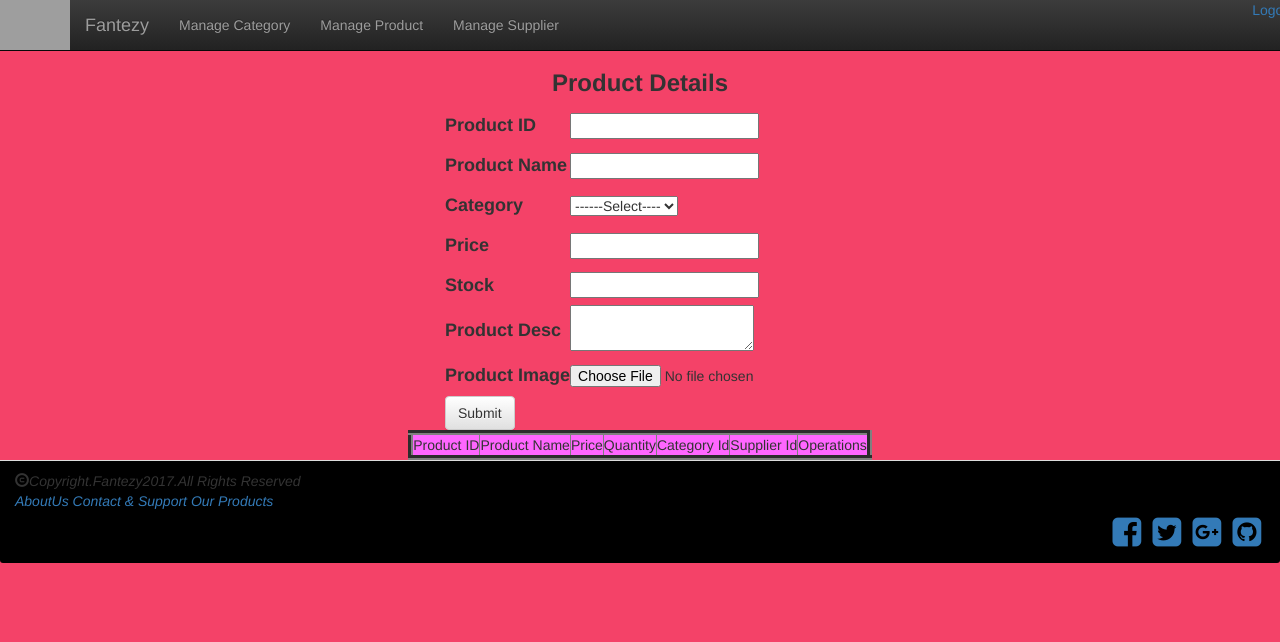
Repository: Safna93/eCommerce-project
Page: http://localhost/FantezyFrontendProject/WEB-INF/views/Product.jsp
The author's editor kept a copy of each file at every save. The page is drawn from the files as they stood at one save, then again after the next save.
The browser window is 1280 px wide. The pictures show the whole page.
Pictures or frames that could not be fetched are drawn as grey boxes. Some web libraries are served in a nearby version. The page is served by Tomcat 9. Nobody is signed in. Other server files are loaded and not shown. The template is opened directly, without the code that normally fills it, so the values that code supplies are empty.

Above is the page before, as saved 2017-07-12 16:28:58.

### Fantezy Project 1/Fantezy/FantezyFrontendProject/src/main/webapp/WEB-INF/views/Product.jsp
<%@ page language="java" contentType="text/html"%>
<%@ taglib uri="http://java.sun.com/jsp/jstl/core" prefix="c"%>
<%@taglib prefix="form" uri="http://www.springframework.org/tags/form"%>

<%@include file="AdminHeader.jsp"%>

<form:form method="POST" action="InsertProduct" modelAttribute="product" enctype="Multipart/form-data">
<table align="center">
			<tr>
				<td colspan="2"><center><h3><b>Product Details</b></h3></center></td>
			</tr>
			<tr>
				<td><h4><b>Product ID</b></h4></td>
				<td><form:input path="prodid" /></td>
			</tr>
			<tr>
				<td><h4><b>Product Name</b></h4></td>
				<td><form:input path="prodname" /></td>
			</tr>

			<tr>
				<td><h4><b>Category</b></h4></td>
				<td><form:select path="catid">
						<form:option value="0" label="------Select----" />
						<form:options items="${catlist}" />
					</form:select>
				</td>
			</tr>


			<tr>
				<td><h4><b>Price</b></h4></td>
				<td><form:input path="price" /></td>
			</tr>
			<tr>
				<td><h4><b>Stock</b></h4></td>
				<td><form:input path="quantity" /></td>
			</tr>
			<tr>
				<td><h4><b>Product Desc</b></h4></td>
				<td><form:textarea path="proddesc" /></td>
			</tr>
			<tr>
				<td><h4><b>Product Image</b></h4></td>
				<td><form:input type="file" path="pimage" /></td>
			</tr>

			<tr>
			<td colspan="2"><input type="submit" class="btn btn-default"/></td>

			</tr>
</table>
</form:form>

<!-- Displaying the Product data using Table -->
<table cellspacing="2" align="center" border="5">

	<tr bgcolor="#ff66ff">
		<td>Product ID</td>
		<td>Product Name</td>
		<td>Price</td>
		<td>Quantity</td>
		<td>Category Id</td>
		<td>Supplier Id</td>
		<td>Operations</td>
	</tr>
	<c:forEach items="${prodlist}" var="product">
		<tr bgcolor="#00ff99">
			<td>${product.prodid}</td>
			<td>${product.prodname}</td>
			<td>${product.price}</td>
			<td>${product.quantity}</td>
			<td>${product.catid}</td>
			<td>${product.suppid}</td>
			<td><a href="<c:url value="deleteProduct/${product.prodid}"/>">Delete</a>
				<a href="<c:url value="updateProduct/${product.prodid}"/>">Update</a>
			</td>
		</tr>
	</c:forEach>
</table>
<!-- Completed Displaying Table -->
<%@include file="Footer.jsp" %>
</body>
</html>

### Fantezy Project 1/Fantezy/FantezyFrontendProject/src/main/webapp/WEB-INF/views/AdminHeader.jsp
<!DOCTYPE html>
<html lang="en">
<head>
<title>Fatntezy-The Girlz Corner</title>
<meta charset="utf-8">
<meta name="viewport" content="width=device-width, initial-scale=1">
<%@ taglib uri="http://java.sun.com/jsp/jstl/core" prefix="c"%>
<link rel="stylesheet"
	href="https://maxcdn.bootstrapcdn.com/bootstrap/3.3.7/css/bootstrap.min.css">
<link href="<c:url value="/resources/css/Head.css" />" rel="stylesheet">
<script
	src="https://ajax.googleapis.com/ajax/libs/jquery/3.2.1/jquery.min.js"></script>
<script
	src="https://maxcdn.bootstrapcdn.com/bootstrap/3.3.7/js/bootstrap.min.js"></script>
</head>
<body>

<body style="background-color: #f44268">


	<div class="header">
		<div class="container">
			<header style="height: 50px;"></header>
			<!------------- Navbar -------------->
			<nav class="my-nav navbar navbar-inverse bs-dark navbar-fixed-top">
				<div class="navbar-header"></div>

				<div class="collapse navbar-collapse"
					id="bs-example-navbar-collapse-1">
					<ul class="nav navbar-nav">
						<div class="navbar-header">
							<a href="ioo" class="pull-left"><img
								src="http://cdn.wallpapersafari.com/62/23/dgHULI.jpg" width="70"
								height="50"></a>
							<div class="navbar-brand">Fantezy</div>


						</div>





						<li><a href="Category">Manage Category</a></li>
						<li><a href="Product">Manage Product</a></li>
						<li><a href="Supplier">Manage Supplier</li>

					</ul>
					<ul>
						<div class="nav navbar-nav navbar-right">
							<a href="#">${sessionScope.username}</a> <a href="logout">Logout</a>
							</a>
						</div>
					</ul>
				</div>







				</li>
				</ul>
		</div>
		</nav>
	</div>

	<!----------- !Navbar End ------------>


	</div>

### Fantezy Project 1/Fantezy/FantezyFrontendProject/src/main/webapp/WEB-INF/views/Footer.jsp


<html lang="en">
<head>
<title>Fantezy</title>
  <meta charset="utf-8">
  <meta name="viewport" content="width=device-width, initial-scale=1"><!-- Latest compiled and minified CSS -->
<link rel="stylesheet" href="https://maxcdn.bootstrapcdn.com/bootstrap/3.3.4/css/bootstrap.min.css">
<link rel="stylesheet" href="https://cdnjs.cloudflare.com/ajax/libs/font-awesome/4.6.3/css/font-awesome.min.css">
<!-- Optional theme -->
<link rel="stylesheet" href="https://maxcdn.bootstrapcdn.com/bootstrap/3.3.4/css/bootstrap-theme.min.css">
 <!-- jQuery (necessary for Bootstrap's JavaScript plugins) -->
    <script src="https://ajax.googleapis.com/ajax/libs/jquery/1.11.2/jquery.min.js"></script>
<!-- Latest compiled and minified JavaScript -->
<script src="https://maxcdn.bootstrapcdn.com/bootstrap/3.3.4/js/bootstrap.min.js"></script>
  <style>
.panel-footer{
	background-color: black;
	font-style: oblique;
}
body{
	background-color: white;
	font:oblique;
	size:18;
}
.social:hover {
     -webkit-transform: scale(1.1);
     -moz-transform: scale(1.1);
     -o-transform: scale(1.1);
 }
 .social {
     -webkit-transform: scale(0.8);
     /* Browser Variations: */

     -moz-transform: scale(0.8);
     -o-transform: scale(0.8);
     -webkit-transition-duration: 0.5s;
     -moz-transition-duration: 0.5s;
     -o-transition-duration: 0.5s;
 }
/*
    Multicoloured Hover Variations
*/

 #social-fb:hover {
     color: #3B5998;
 }
 #social-tw:hover {
     color: #4099FF;
 }
 #social-gp:hover {
     color: #d34836;
 }
 #social-gh:hover {
     color: black;
 }
</style>
</head>
<body>
<div class="panel-footer">

  <span class="glyphicon glyphicon-copyright-mark"></span>Copyright.Fantezy2017.All Rights Reserved
<div class="text-left left-block">
<a href="AboutUs">AboutUs</a></li>

<a href="ContactUs">Contact & Support</a>
<a href="displayProducts">Our Products</a>





<div class="text-right right-block">

                <a href="https://www.facebook.com"><i id="social-fb" class="fa fa-facebook-square fa-3x social"></i></a>
	            <a href="https://twitter.com"><i id="social-tw" class="fa fa-twitter-square fa-3x social"></i></a>
	            <a href="https://plus.google.com"><i id="social-gp" class="fa fa-google-plus-square fa-3x social"></i></a>
	            <a href="https://github.com"><i id="social-gh" class="fa fa-github-square fa-3x social"></i></a>
</div>

</div>


</body>
</html>

### Fantezy Project 1/Fantezy/FantezyFrontendProject/src/main/webapp/resources/css/Head.css


.bs-dark.navbar-inverse {
  background-color: #222;
  border-color: #080808;
}
.bs-dark .navbar-img {padding:5px 6px !important;}
.bs-dark .navbar-img img {width:40px;}
.bs-dark .dropdown-menu {
  min-width: 200px;
  padding: 5px 0;
  margin: 2px 0 0;
  background-color: #000;
  border: 1px solid rgba(0, 0, 0, 0.7);
  border: 1px solid rgba(0, 0, 0, .15);
  -webkit-box-shadow: 0 6px 12px rgba(0, 0, 0, .175);
          box-shadow: 0 6px 12px rgba(0, 0, 0, .175);
}

.bs-dark .dropdown-menu .divider {
  border: 1px solid rgba(0, 0, 0, 0.8);
}
.bs-dark .dropdown-menu > li > a {
  padding: 6px 20px;
  color: rgba(255,255,255,0.80);
}
.bs-dark .dropdown-menu > li > a:hover,
.bs-dark .dropdown-menu > li > a:focus {
  color: rgba(255,255,255,0.70);
  text-decoration: none;
  background-color: transparent;
}
.bs-dark .dropdown-menu > .active > a,
.bs-dark .dropdown-menu > .active > a:hover,
.bs-dark .dropdown-menu > .active > a:focus {
  color: rgba(255,255,255,0.70);
  text-decoration: none;
  background-color: transparent;
  outline: 0;
}

.bs-dark .navbar-form {
  margin:0;
  margin-top: 5px;
  padding:8px 0px;
}

.bs-dark .navbar-form .search-box {
  border:0px;
  height:35px;
  outline: none;
  width:320px;
  padding-right: 3px;
  padding-left: 15px;
  margin:4px;
  -webkit-border-radius: 22px;
  -moz-border-radius: 22px;
  border-radius: 22px;
}

.bs-dark .navbar-form button {
  border: 0;
  background: none;
  padding: 2px 5px;
  margin-top: 2px;
  position: relative;
  left: -34px;
  margin-bottom: 0;
  -webkit-border-radius: 3px;
  -moz-border-radius: 3px;
  border-radius: 3px;
}

.bs-dark .search-box:focus + button {
  z-index: 3;
}

@media (min-width: 768px) {
    .bs-dark .dropdown:hover {background-color: #000;}
	.bs-dark .dropdown:hover .dropdown-menu {
	  display: block;
	}
	.bs-dark .navbar-form {
	  padding:0px;
	}
	.bs-dark .navbar-form .search-box {
	  width:260px;
	  height:32px;
	}

}

After the next save:
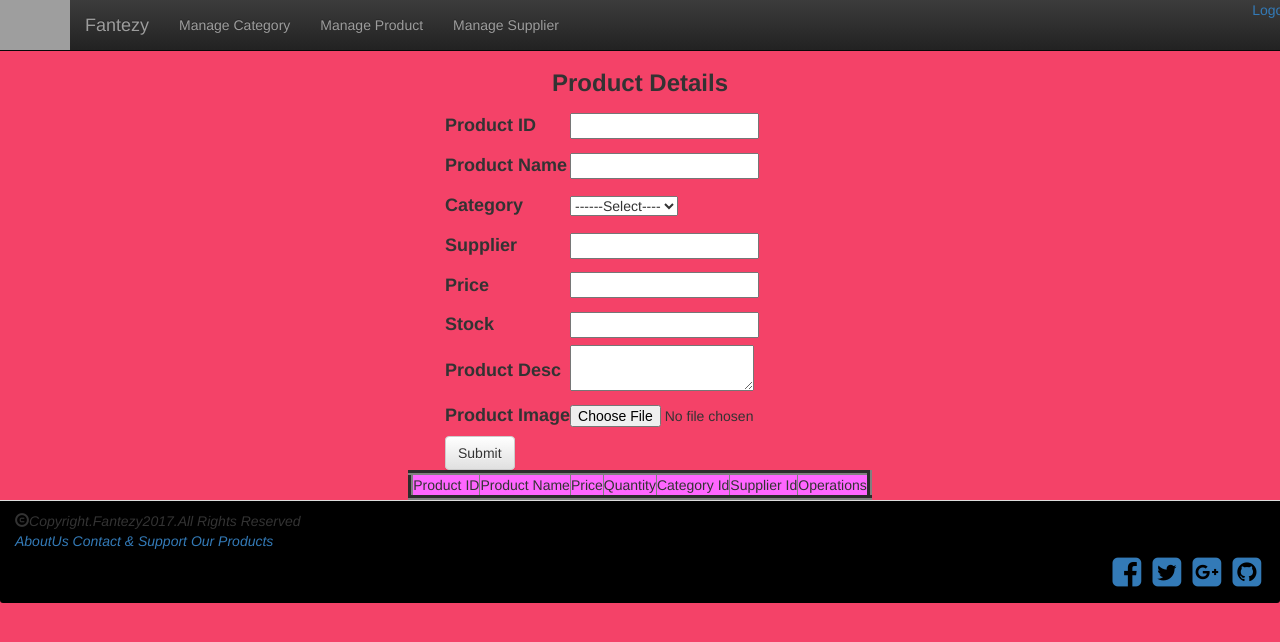
Saved 15 s later.
--- a/Fantezy Project 1/Fantezy/FantezyFrontendProject/src/main/webapp/WEB-INF/views/Product.jsp
+++ b/Fantezy Project 1/Fantezy/FantezyFrontendProject/src/main/webapp/WEB-INF/views/Product.jsp
@@ -26,7 +26,12 @@
 					</form:select>
 				</td>
 			</tr>
-
+			<tr>
+				<tr>
+				<td><h4><b>Supplier</b></h4></td>
+				<td><form:input path="suppid" /></td>
+			</tr>
+			</tr>
 
 			<tr>
 				<td><h4><b>Price</b></h4></td>
